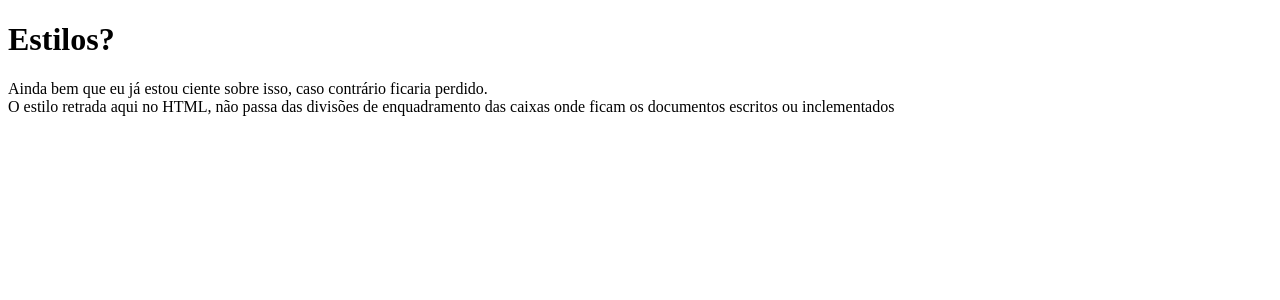
Repository: ErikMesquita/Danki-Code
Page: estilos/index.html
The author's editor kept a copy of each file at every save. The page is drawn from the files as they stood at one save, then again after a run of saves.
The browser window is 1280 px wide. The pictures show the whole page.

Above is the page before, as saved 2023-10-29 18:09:31.

After the next 2 saves:
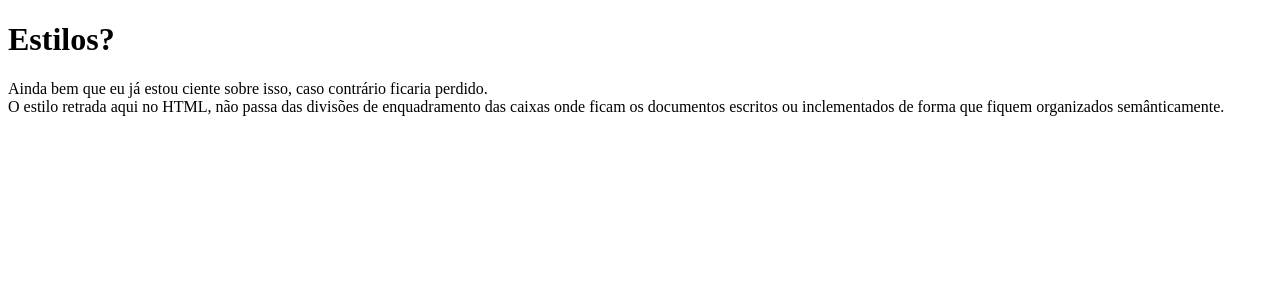
The 2 saves are shown as one change because they came seconds apart.
The last was saved 19 s later.
--- a/estilos/index.html
+++ b/estilos/index.html
@@ -11,7 +11,7 @@
     <h1>Estilos?</h1>
         <p>
             Ainda bem que eu já estou ciente sobre isso, caso contrário ficaria perdido. <br>
-            O estilo retrada aqui no HTML, não passa das divisões de enquadramento das caixas onde ficam os documentos escritos ou inclementados
+            O estilo retrada aqui no HTML, não passa das divisões de enquadramento das caixas onde ficam os documentos escritos ou inclementados de forma que fiquem organizados semânticamente.
         </p>
 </body>
 
